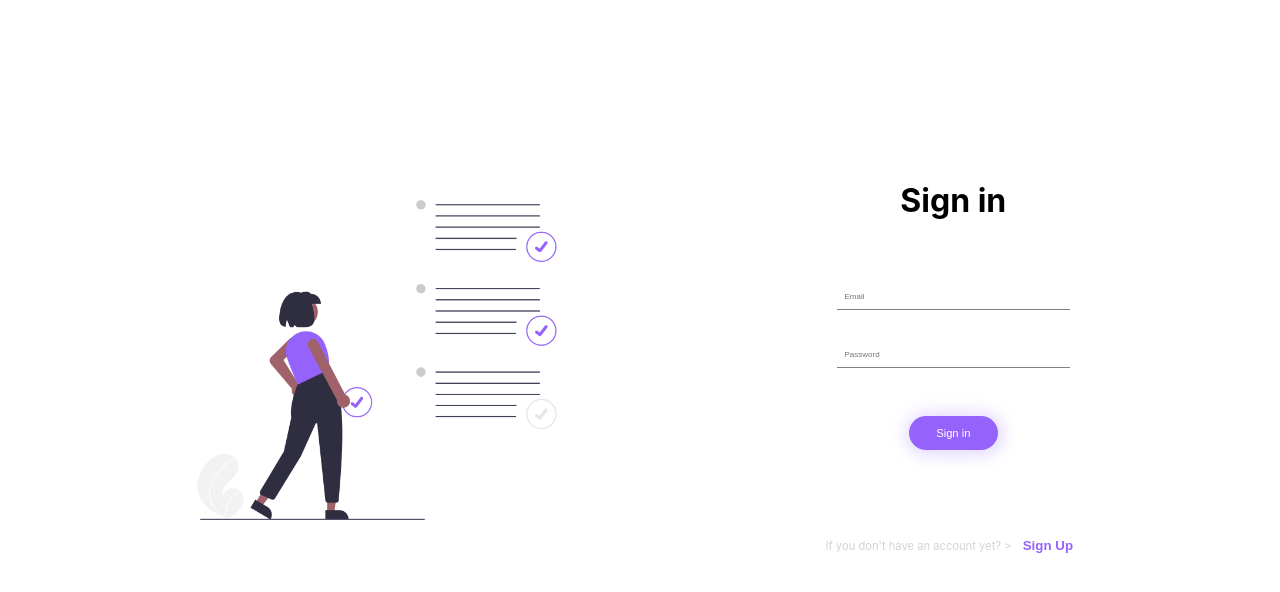
Repository: EEOOOO/wanted-pre-onboarding-fe
Page: / (app in to-do-list-app/)
These files come from the project's save history. The page is drawn as it stood at one moment and after the next save; the edit follows.
The browser window is 1280 px wide. The pictures show the whole page.
The project was rebuilt for these pictures with package versions that can differ from the ones it lists, and the page was loaded fresh each time. Also part of the build but not shown: to-do-list-app/src/components/sign_up/sign_up.module.css, to-do-list-app/src/components/sign_up/sign_up.jsx, to-do-list-app/src/components/todoList/todo_list.jsx.

Above is the page before, as saved 2022-08-22 00:51:12.

After the next save:
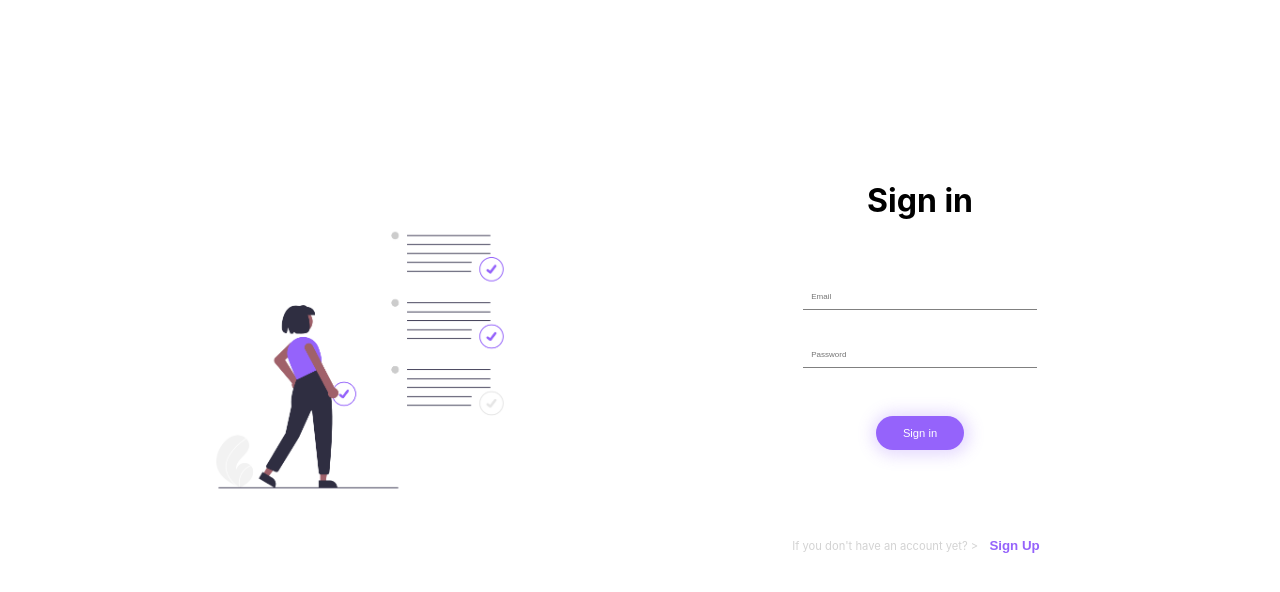
Saved 12 s later.
--- a/to-do-list-app/src/components/login/login.module.css
+++ b/to-do-list-app/src/components/login/login.module.css
@@ -12,5 +12,5 @@
 .coverImage {
   width: 50%;
   min-width: 235px;
-  max-width: 500px;
+  max-width: 400px;
 }
